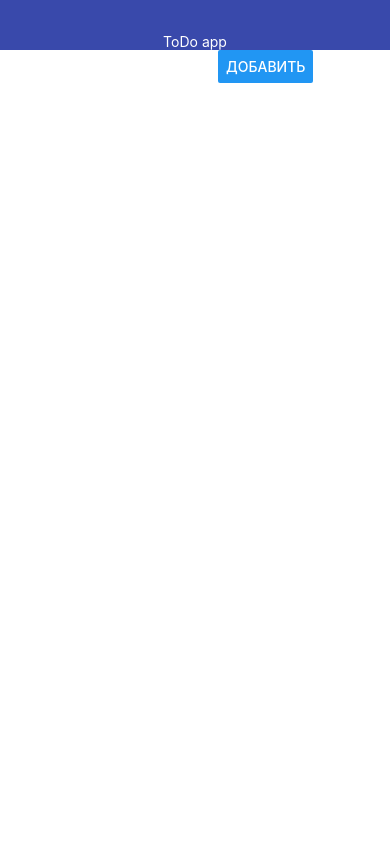
Repository: saint-fons/React-Native-Expo-TypeScript-Hooks
Screen: /
The author's editor kept a copy of each file at every save. The screen is drawn from the files as they stood at one save, then again after the next save.
The app was drawn by React Native's web renderer in a window 390 px wide. The project was rebuilt for these pictures with package versions that can differ from the ones it lists, and the page was loaded fresh each time.

Above is the screen before, as saved 2021-07-26 17:20:53.

### App.tsx
import { StatusBar } from 'expo-status-bar';
import React from 'react';
import { StyleSheet, View } from 'react-native';
import AddTodo from './components/AddTodo';
import NavBar from './components/NavBar';

export default function App() {
  return (
    <View style={styles.container}>
      <NavBar
        title={"ToDo app"}
      />
      <AddTodo
      />
    </View>
  );
}

const styles = StyleSheet.create({
  container: {

  },
});

### components/AddTodo.tsx
import * as React from 'react';
import { FC } from 'react';
import { View, StyleSheet, Alert , TextInput, Button } from 'react-native';

const AddTodo: FC<any> = ({ }) => {
    return (
        <View style={styles.block}>
            <TextInput />
            <Button title='Добавить'
                onPress={() => Alert.alert('Simple Button pressed')}
            />
        </View>
    )
}

const styles = StyleSheet.create({
    block: {
        flexDirection: 'row'
    },
});


export default AddTodo

### components/NavBar.tsx
import * as React from 'react';
import { FC } from "react";
import { StyleSheet, Text, View } from 'react-native';



const NavBar: FC<any> = ({ title }) => {
    return (
        <View style={styles.navbar}>
            <Text style={styles.text}>
                {title}
            </Text>
        </View>
    )
}

const styles = StyleSheet.create({
    navbar: {
        height: 50,
        alignItems: 'center',
        justifyContent: "flex-end",
        color: '#000',
        backgroundColor: '#3949ab'
    },
    text: {
        color: 'white'
    }
});


export default NavBar

After the next save:
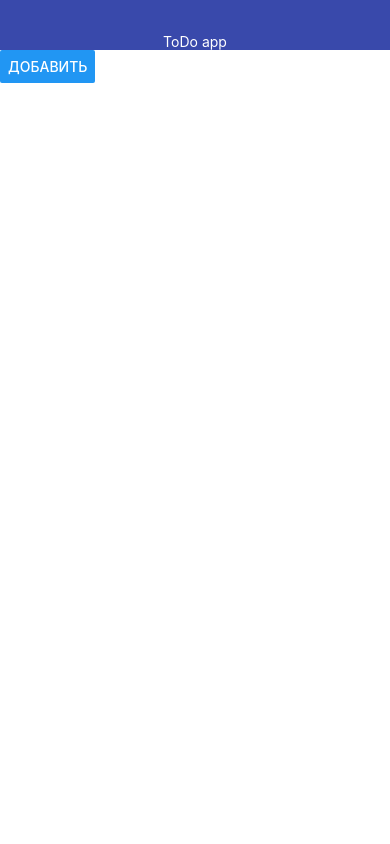
Saved 11 s later.
--- a/components/AddTodo.tsx
+++ b/components/AddTodo.tsx
@@ -1,14 +1,14 @@
 import * as React from 'react';
 import { FC } from 'react';
-import { View, StyleSheet, Alert , TextInput, Button } from 'react-native';
+import { View, StyleSheet, Alert, TextInput, Button } from 'react-native';
 
 const AddTodo: FC<any> = ({ }) => {
     return (
         <View style={styles.block}>
-            <TextInput />
             <Button title='Добавить'
                 onPress={() => Alert.alert('Simple Button pressed')}
             />
+            <TextInput />
         </View>
     )
 }
